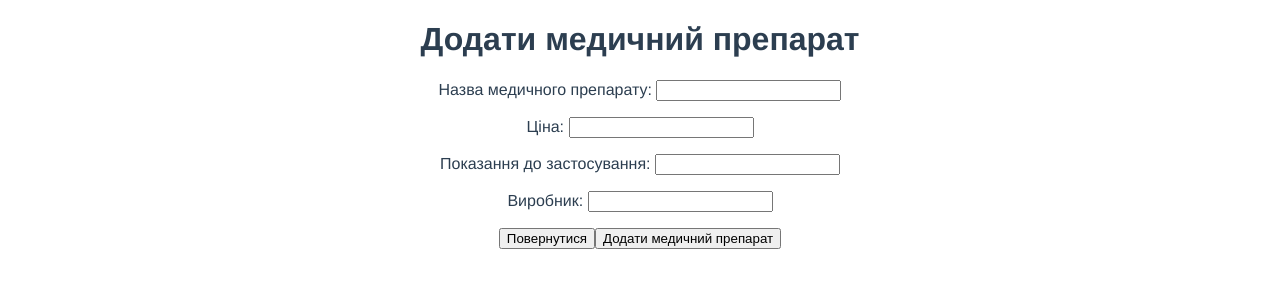
Repository: kristinap8/pharmacy
Page: /add_medicine
These files come from the project's save history. The page is drawn as it stood at one moment and after the next save; the edit follows.
The browser window is 1280 px wide. The pictures show the whole page.
The project was rebuilt for these pictures with package versions that can differ from the ones it lists, and the page was loaded fresh each time. Also part of the build but not shown: src/components/EditMedicineForm/index.vue, src/pages/EditMedicine/index.vue, src/components/MedicinesList/MedicineCard/index.vue, src/components/MedicinesList/index.vue, src/pages/AllMedicines/index.vue, src/components/CartForm/index.vue, src/pages/Cart/index.vue.

Above is the page before, as saved 2020-12-09 23:38:49.

After the next save:
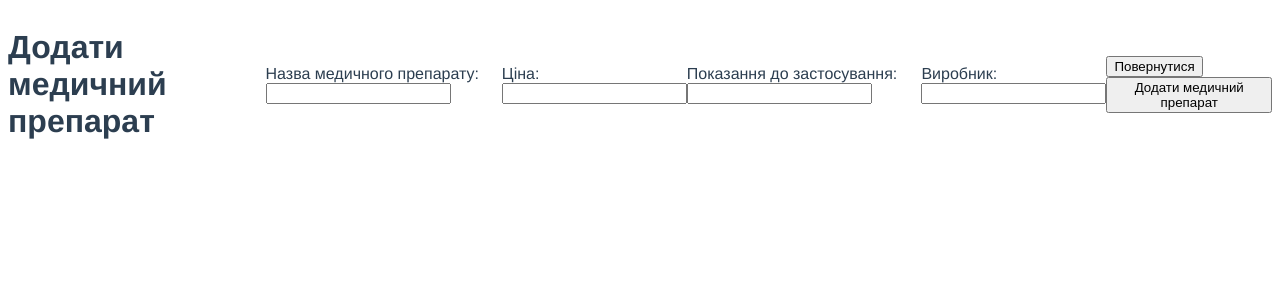
Saved 45 s later.
--- a/src/components/AddMedicineForm/index.vue
+++ b/src/components/AddMedicineForm/index.vue
@@ -65,11 +65,9 @@ import { mapActions } from 'vuex'
 
 <style lang="scss" scoped>
 .form{
-    text-align: center;
-
-}
-.form-row{
-margin: 13 auto;
+    display: flex; // FlexBox
+align-items: center; // выравнивает по вертикали
+justify-content: center;
 }
 
 
